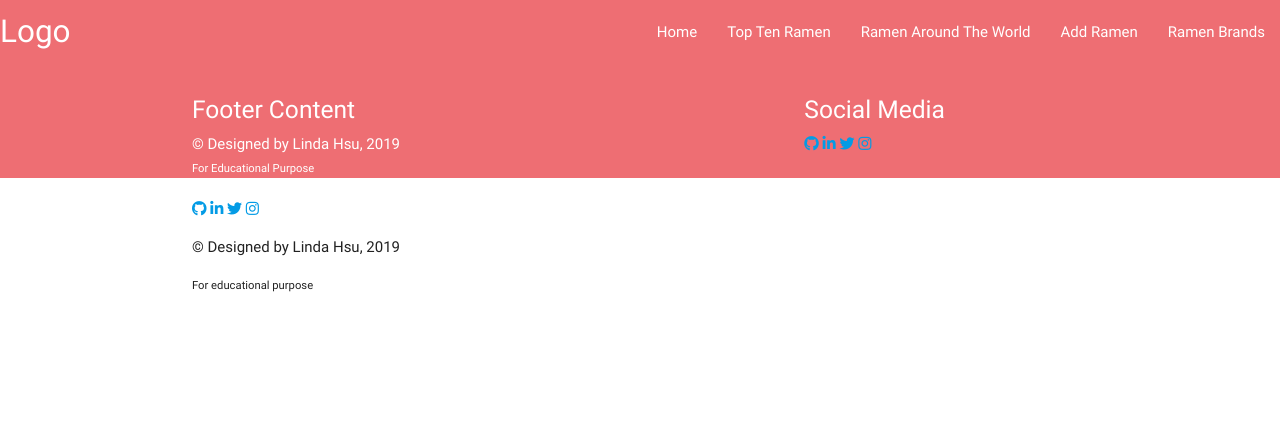
Repository: Paddlepop25/codeinstitute-insta-ramen
Page: http://localhost/
The author's editor kept a record of every edit. The page is drawn from the files as they stood at one moment, then again after the next edit.
The browser window is 1280 px wide. The pictures show the whole page.
Some web libraries are served in a nearby version. The page is served by the project's application, run on Flask 3 (app.py).

Above is the page before.

After the next edit:
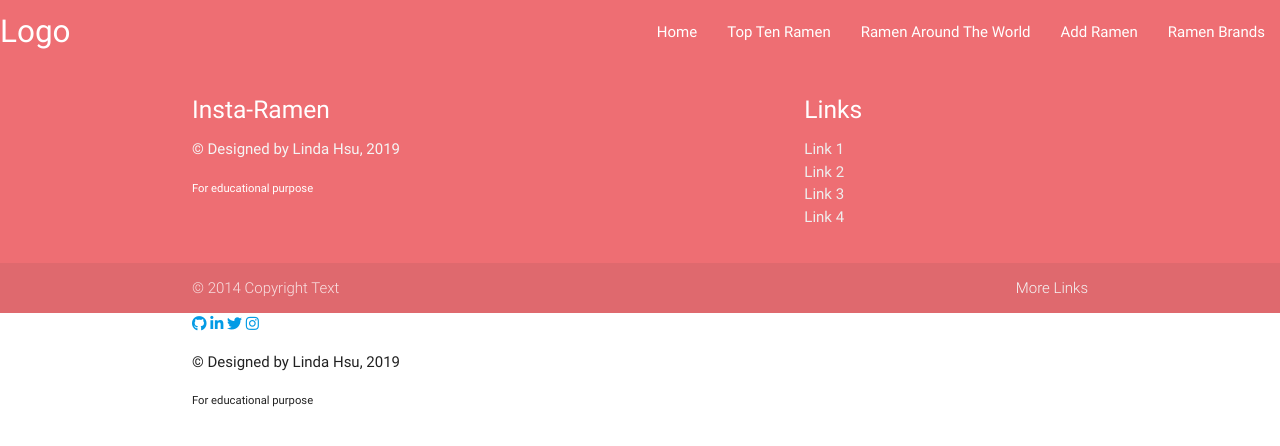
The edit:
--- a/templates/index.html
+++ b/templates/index.html
@@ -26,30 +26,33 @@
   </header>
   {% block content %} {% endblock %}
 
-  <footer class="page-footer">
-    <div class="container">
-      <div class="row">
-        <div class="col l6 s12">
-          <h5 class="white-text">Footer Content</h5>
-          <span>© Designed by Linda Hsu, 2019</span>
-          <br>
-        <small>For Educational Purpose</small>
-        </div>
 
-        <div class="col l4 offset-l2 s12">
-          <h5 class="white-text">Social Media</h5>
-          <div class="footer-icons">
-        <a href="https://github.com/Paddlepop25" target="_blank"><i class="fab fa-github"></i></a>
-        <a href="https://www.linkedin.com/in/lindahsu007/" target="_blank"><i class="fab fa-linkedin-in"></i></a>
-        <a href="https://twitter.com/shecodeshsucode" target="_blank"><i class="fab fa-twitter"></i></a>
-        <a href="https://www.instagram.com/shecodeshsucodes/" target="_blank"><i class="fab fa-instagram"></i></a>
-      </div>
-        </div>
-
-      </div>
-
-    </div>
-  </footer>
+ <footer class="page-footer">
+          <div class="container">
+            <div class="row">
+              <div class="col l6 s12">
+                <h5 class="white-text">Insta-Ramen</h5>
+                <p class="grey-text text-lighten-4">&copy; Designed by Linda Hsu, 2019</p>
+                <small>For educational purpose</small>
+              </div>
+              <div class="col l4 offset-l2 s12">
+                <h5 class="white-text">Links</h5>
+                <ul>
+                  <li><a class="grey-text text-lighten-3" href="#!">Link 1</a></li>
+                  <li><a class="grey-text text-lighten-3" href="#!">Link 2</a></li>
+                  <li><a class="grey-text text-lighten-3" href="#!">Link 3</a></li>
+                  <li><a class="grey-text text-lighten-3" href="#!">Link 4</a></li>
+                </ul>
+              </div>
+            </div>
+          </div>
+          <div class="footer-copyright">
+            <div class="container">
+            © 2014 Copyright Text
+            <a class="grey-text text-lighten-4 right" href="#!">More Links</a>
+            </div>
+          </div>
+        </footer>
 
 
   <div class="container">
